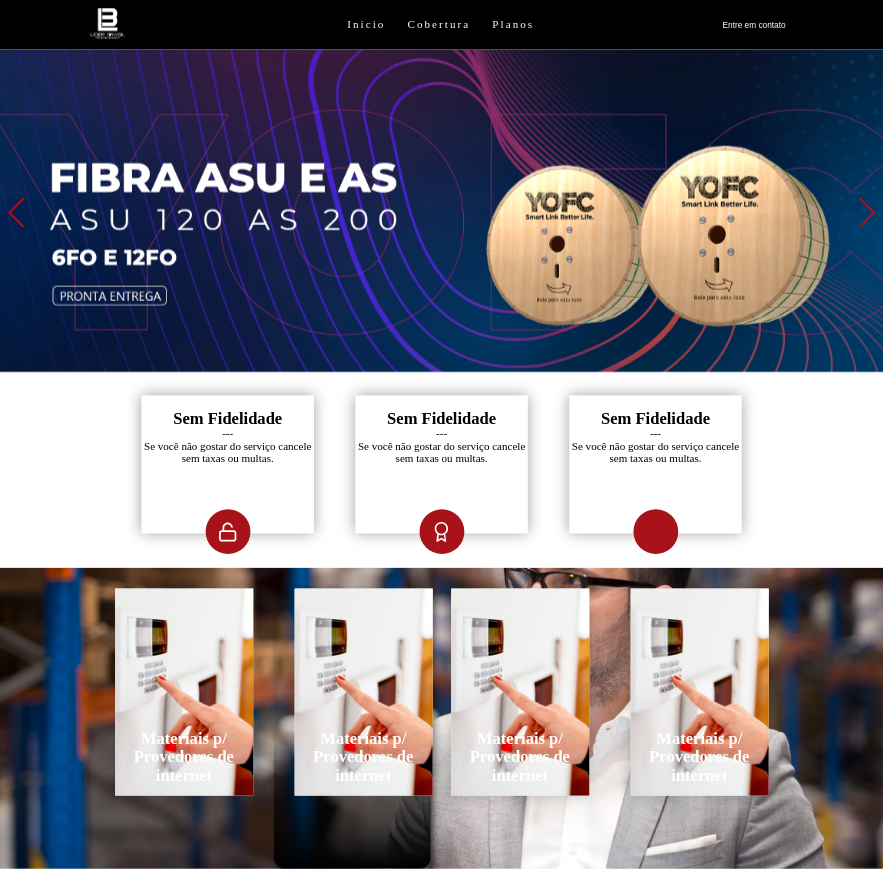
Repository: mateus-henrique-silva/Novo_institucional_lider
Page: index.html
An editor plug-in stored every save of this project. The page is shown before and after a run of saves, followed by the edit.
The browser window is 1280 px wide. The pictures show the whole page, at 69% of full size.
Backgrounds fixed to the window are drawn as part of the page. Some web fonts or font styles are not loaded; a fallback is used.

Above is the page before, as saved 2022-09-06 10:18:50.
Console error: SyntaxError: Identifier 'MobileNavbar' has already been declared

### index.html
<!DOCTYPE html>
<html lang="en">
  <head>
    <meta charset="UTF-8" />
    <meta http-equiv="X-UA-Compatible" content="IE=edge" />
    <meta name="viewport" content="width=device-width, initial-scale=1.0" />
    <meta
      name="viewport"
      content="width=device-width, user-scalable=yes, initial-scale=1.0, maximum-scale=10, minimum-scale=1.0"
    />
    <link rel="stylesheet" href="./src/CSS/Global.css" />
    <link rel="stylesheet" href="./src/CSS/Header/style.css" />
    <link rel="stylesheet" href="./src/CSS/Main/style.css" />
    <link rel="stylesheet" href="./src/CSS/Main/Carousel/styles.css" />
    <link rel="stylesheet" href="./src/CSS/Main/Box/style.css" />
    <link rel="stylesheet" href="./src/CSS/Main/Products/style.css" />
    <link
      rel="stylesheet"
      href="https://unpkg.com/swiper@8/swiper-bundle.min.css"
    />

    <title>Líder Brasil</title>
  </head>
  <body>
    <header>
      <nav>
        <a class="logo"
          ><img src="./src/Assets/Logo/lb.png" width="50" alt=""
        /></a>
        <div class="mobile-menu">
          <div class="line1"></div>
          <div class="line2"></div>
          <div class="line3"></div>
        </div>
        <ul class="nav-list">
          <li><a href="#network index.html">Inicio</a></li>
          <li><a href="#map-container">Cobertura</a></li>
          <li><a href="#container">Planos</a></li>
        </ul>
        <ul>
          <li style="list-style: none; font-size: 10px">
            <a
              href="#"
              style="
                font-size: 12px;
                padding: 10px;
                font-family: arial;
                color: white;
              "
              onclick="openForm()"
              class="contact-header"
              >Entre em contato</a
            >
          </li>
        </ul>
      </nav>
    </header>
    <main>
      <section>
        <div class="swiper">
          <div class="swiper-wrapper">
            <div class="swiper-slide">
              <div class="project-img">
                <img
                  src="./src/Assets/img/carrossel/desktop/drop-desktop.png"
                  alt="Foto 01"
                />
              </div>
              <div class="project-img" id="mobile-img">
                <img
                  src="./src/Assets/img/carrossel/mobile/drop-mobile.png"
                  alt="Foto 03"
                />
              </div>
            </div>
            <div class="swiper-slide">
              <div class="project-img">
                <img
                  src="./src/Assets/img/carrossel/desktop/escada-desktop.png"
                  alt="Foto 01"
                />
              </div>
              <div class="project-img" id="mobile-img">
                <img
                  src="./src/Assets/img/carrossel/mobile/escada-mobile.png"
                  alt="Foto 03"
                />
              </div>
            </div>
            <div class="swiper-slide">
              <div class="project-img">
                <img src="./src/Assets/img/teste6.png" alt="Foto 01" />
              </div>
              <div class="project-img" id="mobile-img">
                <img src="./src/Assets/img/foto_03.png" alt="Foto 03" />
              </div>
            </div>
          </div>
          <div class="swiper-button-next"></div>
          <div class="swiper-button-prev"></div>
          <div class="swiper-pagination"></div>
        </div>
      </section>
      <section>
        <div class="section-box">
          <!-- card 1 -->

          <ul>
            <li class="box">
              <div class="box-inter">
                <h1>Sem Fidelidade</h1>
                <p>---</p>

                <p>
                  Se você não gostar do serviço cancele sem taxas ou multas.
                </p>
              </div>

              <div class="obj">
                <img
                  src="./src/Assets/img/icons/unlock.svg"
                  alt="arrowup"
                  srcset=""
                />
              </div>
            </li>
            <!-- card 2 -->
            <li class="box">
              <div class="box-inter">
                <h1>Sem Fidelidade</h1>
                <p>---</p>

                <p>
                  Se você não gostar do serviço cancele sem taxas ou multas.
                </p>
              </div>

              <div class="obj">
                <img
                  src="./src/Assets/img/icons/award.svg"
                  alt="arrowup"
                  srcset=""
                />
              </div>
            </li>
            <!-- card 3 -->
            <li class="box">
              <div class="box-inter">
                <h1>Sem Fidelidade</h1>
                <p>---</p>

                <p>
                  Se você não gostar do serviço cancele sem taxas ou multas.
                </p>
              </div>

              <div class="obj">
                <img
                  src="./src/Assets/img/icons/chevrons-up.svg"
                  alt="arrowup"
                  srcset=""
                />
              </div>
            </li>
          </ul>
        </div>
      </section>

      <section>
        <div class="background">
          <img
            class="img"
            src="./src/Assets/img/icons/aBlack.svg"
            alt=""
            srcset=""
          />

          <ul>
            <li>
              <div class="products">
                <button>text</button>
                <div>
                  <h2>Materiais p/ Provedores de internet</h2>
                </div>

              </div>
            </li>

            <li>
              <div class="back-radient">
              <div class="products">
                <button>text</button>
                <div>
                  <h2>Materiais p/ Provedores de internet</h2>
                </div>

              </div>
            </div>
            </li>

            <li>
              <div class="products">
                <button>text</button>
                <div>
                  <h2>Materiais p/ Provedores de internet</h2>
                </div>

              </div>
            </li>
            <li>
              <div class="products">
                <button>text</button>
                <div>
                  <h2>Materiais p/ Provedores de internet</h2>
                </div>

              </div>
            </li>
          </ul>
        </div>
      </section>
    </main>
    <footer></footer>
    <script src="https://unpkg.com/swiper@8/swiper-bundle.min.js"></script>
    <script src="./src/Scripts/Carousel/scripts.js"></script>
    <script src="./src/Scripts/Mobile/scripts.js"></script>
    <script src="./src/Scripts/Global.js"></script>
  </body>
</html>

### src/CSS/Global.css
@import url("https://fonts.googleapis.com/css2?family=Montserrat:ital,wght@0,100;0,200;0,300;0,400;0,500;0,600;0,700;0,800;0,900;1,100;1,200;1,300;1,400;1,500;1,600;1,700;1,800;1,900&family=Source+Serif+Pro:ital,wght@0,200;0,300;0,400;0,600;0,700;0,900;1,200;1,300;1,400;1,600;1,700;1,900&display=swap");

* {
  font-family: 'Source Serif Pro', serif;
  margin: 0;
  padding: 0;
  border: 0;

}


body{

}

### src/CSS/Header/style.css
header {
  width: 100%;
  background-color: black;
  margin-top: 0;
}
a {
  color: black;
  text-decoration: none;
  transition: 0.3s;
}

a:hover {
  opacity: 0.7;
}

.logo {
  align-items: center;
  width: 6%;

  text-transform: uppercase;
  letter-spacing: 4px;
}

.logo h1 {
  font-size: 12px;
}

nav {
  display: flex;
  z-index: 1;

  width: 100%;
  margin-top: 0;

  justify-content: space-around;
  align-items: center;
  background-color: black;
  height: 10vh;
}

.nav-list {
  text-align: center;
  justify-content: center;
  list-style: none;
  display: flex;
  z-index: 1;
}

.nav-list li {
  letter-spacing: 3px;
  margin-left: 32px;
}
.nav-list li a {
  color: white;
}
.nav-list li a:hover {
  color: #ff073b;
}

.mobile-menu {
  display: none;
  margin-left: 80px;
  cursor: pointer;
}

.mobile-menu div {
  transition: 0.3s;

  width: 32px;
  height: 2px;
  background: white;
  margin: 8px;
}

@media (max-width: 950px) {
  body {
    overflow-x: hidden;
  }

  .nav-list {
    position: absolute;
    top: 7vh;
    right: 0;
    width: 100vw;
    height: 100vh;
    background-color: white;
    flex-direction: column;
    color: white;
    /* align-items: center; */
    display: none;
    justify-content:flex-start;
    transition: 0.4s ease-in;
    /* justify-content: space-around; */
    transform: translateX(100%);
  }

  .nav-list li {
    margin-top:100px;
    margin-left: 0;
    opacity: 0;
  }

  .mobile-menu {
    display: block;
  }
  .contact-header {
    display: none;
  }

  .logo {
    margin-left:10px;
    width: 60%;
  }
}

.nav-list.active {
  transition: 0.3s;
  overflow-y: hidden;
  position: fixed;
  z-index: 10000;
  background-color: black;
  transform: translateX(0);
  display: flex;
}

.nav-list.active li {
  color: white!important;
  font-weight:bold;
}

.nav-list.active li {
  color: white;
}

@keyframes navLinkFade {
  from {
    opacity: 0;
    transform: translateX(50px);
  }

  to {
    opacity: 1;
    transform: translateX(0);
  }
}

.mobile-menu.active .line1 {
  transform: rotate(-45deg) translate(-8px, 8px);
}

.mobile-menu.active .line2 {
  opacity: 0;
}

.mobile-menu.active .line3 {
  transform: rotate(45deg) translate(-5px, -7px);
}

### src/CSS/Main/style.css
main{
    width: 100%;
    height: 100%;

    max-width: 100vw;
}


section{

    width: 100%;
    max-width: 100vw;
    height: 100%;
}


ul li {
    list-style: none;
}

### src/CSS/Main/Carousel/styles.css
.swiper {
    height: 100%!important;

  }

  .swiper-slide {
    text-align: center;
    display: flex;
    height: 100%!important;
    align-items: center;
    justify-content: center;
  }

  @media (max-width: 450px) {
    .swiper {
      height: 270px;
    }

    .project-img img{
      width: 100%;
      height: 100%!important;
    }
  }

  .project-img img{
    width: 100%;
    /* height: 80vh; */
  }



  .swiper-pagination-bullet{
    color: white !important;
    /* margin-top:-10px!important; */
    background-color:white !important;
  }

  /*
    largura => 3840
    Altura => 420

  */


  .swiper-button-next:after, .swiper-button-prev:after{
    color:#a71319 !important;
  }

  #mobile-img{
    display: none;
  }


  @media(max-width:999px){
    #mobile-img{
      display: block!important;
    }


    .project-img{
      display:none;
    }
  }


.menu{
  display:flex;
  flex-direction:column;
}

### src/CSS/Main/Box/style.css
.section-box {
  width: 100%;

  justify-content: center;
  align-items: center;
  display: flex;
}

.box {
  display: flex;
  flex-direction: column;
  /* justify-content: center; */

  justify-content: flex-end;
  align-items: center;
  height: 100%;
  margin: 30px;
  margin-bottom: 20px;
  /* width: 100%; */
  /* background-color: red; */
}

@media (max-width: 770px) {
  .section-box {
    width: 100%;
    justify-content: space-around;
    flex-direction: column;
    display: flex;
  }

  .box-inter {
    background-color: white;
    height: 100px;
    width: 200px;
    /* width: 100%; */
  }
}

@media (max-width: 480px) {
  .box-inter {
    height: 170px !important;
    width: 170px !important;
    /* width: 100%; */
  }

  .obj {
    height: 45px !important;

    margin-top: -35px;
    width: 45px !important;
  }

  .obj img {
    width: 20px !important;
  }
}

.box-inter {
  background-color: white;
  height: 200px;
  width: 250px;
  -webkit-box-shadow: 0px 0px 20px 0px rgba(0, 0, 0, 0.37);
  box-shadow: 0px 0px 20px 0px rgba(0, 0, 0, 0.37);
  display: flex;

  flex-direction: column;
  align-items: center;
  text-align: center;

  /* width: 100%; */
}

.box-inter h1 {
  margin-top: 20px;
  font-size: clamp(1em, 1em + 1vw, 1.5em);
}

.box p {
  font-size: clamp(1em, 1em + 0.5vw, 0.5em);
}
.obj {
  background-color: #a71319;
  height: 65px;

  border-radius: 50%;
  display: flex;
  align-items: center;
  justify-content: center;
  margin-top: -35px;
  width: 65px;
}

.obj img {
  width: 30px;
}

.section-box ul {
  display: flex;
  overflow-x: auto;
  width: 100%;
  justify-content: center;
  scroll-behavior: smooth;
}

.section-box .img-arrow {
  display: none;
}

@media (max-width: 600px) {
  .section-box .img-arrow {
    display: flex;
    justify-content: flex-end;

    animation: mymove 0.8s infinite;
  }
  .section-box ul {
    display: flex;
    overflow-x: auto;
    width: 100%;
    justify-content: flex-start;
    scroll-behavior: smooth;
  }
  @keyframes mymove {
    from {
      left: 280px;
    }
    to {
      left: 300px;
    }
  }
}

### src/CSS/Main/Products/style.css
.background {
  width: 100%;
  background: url("../../../Assets/img/Background/medio.jpg") no-repeat center
    fixed;
  height: 100%;
  display: flex;
  justify-content: space-around;
  justify-content: center;
  align-items: center;
}
.background ul {
  display: flex;
  overflow-x: auto;
  overflow-y: hidden;
  scroll-behavior: smooth;
  /* width: 100px; */
}
.background img {
  display: none;
}

.background ul li .products .img {
  display: flex;
}

.products {
  margin: 30px;
  background: url("../../../Assets/img/Background/products/alarme.png")
    no-repeat center;

  background-size: 100%;
  justify-content: flex-end;
  height: 300px;
  width: 200px;
  -webkit-box-shadow: 0px 0px 20px 0px rgba(0, 0, 0, 0.2) !important;
  box-shadow: 0px 0px 20px 0px rgba(0, 0, 0, 0.2) !important;
  background-color: white;
  display: flex;
  text-align: center;
  flex-direction: column;
  align-items: center;
  box-sizing: border-box;
  transition: 0.5s;
}

.products div h2 {
  margin-bottom: 15px;
   color:white;
  transition:2s;
}
.products:hover {
  justify-content: center;
  transition:2s;
}
.products:hover div h2 {

  display: none;
}
@media (max-width: 600px) {
  .background .img {
    position: absolute;
    margin-top: 170px;
    display: flex;
    justify-content: flex-end;
    animation: mymove 0.8s infinite;
  }

  @keyframes mymove {
    from {
      left: 280px;
    }
    to {
      left: 300px;
    }
  }
}

.products button {
  background-color: black;
  display: none;
  color: white;
  cursor: pointer;
  transition: 0.7s;
  padding: 8px 25px 8px;
}

.products:hover button {
  background-color: black;
  display: flex;

  color: white;
  cursor: pointer;
  padding: 8px 25px 8px;
}
.back-radient{
  width: 227px;
height: 406px;



background: linear-gradient(180deg, rgba(0, 0, 0, 0.0962963) 50%, #000000 100%);
box-shadow: 5px 6px 11px rgba(0, 0, 0, 0.45);
border-radius: 15px;
}

### src/Scripts/Mobile/scripts.js
class MobileNavbar{


    constructor(mobileMenu, navList, navLinks){
        this.mobileMenu = document.querySelector(mobileMenu);
        this.navList = document.querySelector(navList);
        this.navLinks = document.querySelectorAll(navLinks);
        this.activeClass = "active";
        this.hadleClick =  this.hadleClick.bind(this);


    }

    animateLinks(){
        this.navLinks.forEach((link, index)=>{

            var calc = index/7+0.3;


            link.style.animation
            ?(link.style.animation="")
            :(link.style.animation= `navLinkFade 0.5s ease forwards ${calc}s`);


        });


    }


    hadleClick(){


        this.navList.classList.toggle(this.activeClass);
        this.mobileMenu.classList.toggle(this.activeClass);
        this.animateLinks();
    }

    addClickEvent(){
        this.mobileMenu.addEventListener("click", this.hadleClick);


    }

    init(){

        if(this.mobileMenu){

            this.addClickEvent();
        }
        return this;
    }
    }



    const mobileNavbar = new MobileNavbar(

        ".mobile-menu",

        ".nav-list",

        ".nav-list li",


        );


    mobileNavbar.init();

### src/Scripts/Global.js
document.onmousedown=disableclick;
function disableclick(event)
{
  if(event.button==2)
   {
     return false;
   }
}

### src/Assets/img/icons/award.svg
<?xml version="1.0" encoding="utf-8"?>
<!-- Generator: Adobe Illustrator 24.0.1, SVG Export Plug-In . SVG Version: 6.00 Build 0)  -->
<svg version="1.1" id="Camada_1" xmlns="http://www.w3.org/2000/svg" xmlns:xlink="http://www.w3.org/1999/xlink" x="0px" y="0px"
	 viewBox="0 0 24 24" style="enable-background:new 0 0 24 24;" xml:space="preserve">
<style type="text/css">
	.st0{fill:#FFFFFF;}
</style>
<path class="st0" d="M19.5,8.1c0-4.3-3.5-7.7-7.7-7.7S4,3.9,4,8.1c0,2.5,1.2,4.7,3,6.1l-1.1,8.3c0,0.4,0.1,0.7,0.4,0.9
	c0.3,0.2,0.7,0.2,1,0l4.3-2.6l4.3,2.6c0.2,0.1,0.3,0.1,0.5,0.1c0.2,0,0.4-0.1,0.5-0.2c0.3-0.2,0.5-0.6,0.4-0.9l-1.1-8.3
	C18.3,12.8,19.5,10.6,19.5,8.1z M5.9,8.1c0-3.2,2.6-5.8,5.8-5.8s5.8,2.6,5.8,5.8s-2.6,5.8-5.8,5.8S5.9,11.3,5.9,8.1z M15.4,20.8
	l-3.1-1.9c-0.3-0.2-0.7-0.2-1,0l-3.1,1.9l0.7-5.5c0.9,0.4,1.9,0.6,2.9,0.6c1,0,2-0.2,2.9-0.6L15.4,20.8z"/>
</svg>

### src/Assets/img/icons/chevrons-up.svg
<svg xmlns="http://www.w3.org/2000/svg" width="24" height="24" viewBox="0 0 24 24" fill="none" stroke="" stroke-width="2" stroke-linecap="round" stroke-linejoin="round" class="feather feather-chevrons-up"><polyline points="17 11 12 6 7 11"></polyline><polyline points="17 18 12 13 7 18" color="white"></polyline></svg>

After the next 2 saves:
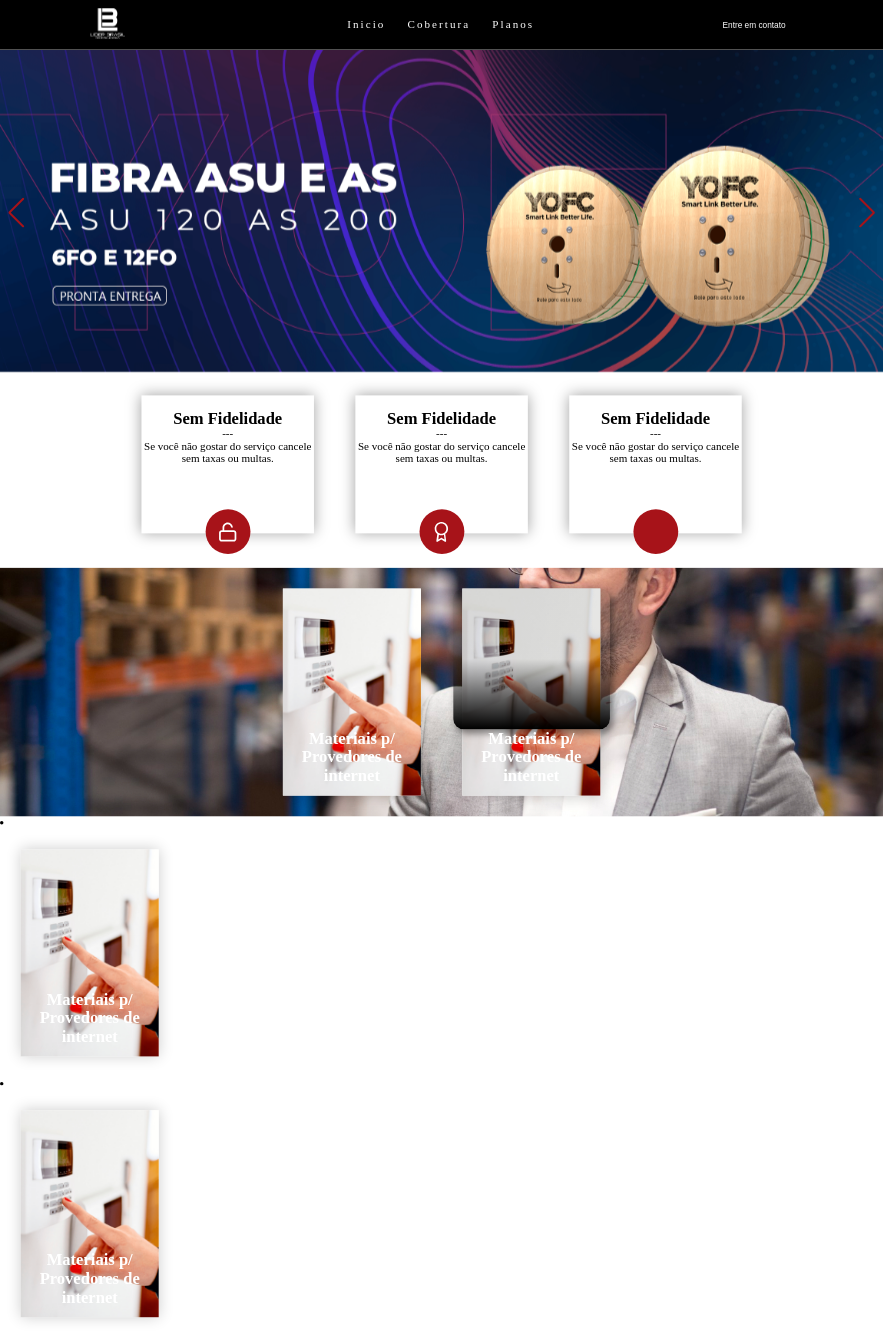
The 2 saves are shown as one change because they came seconds apart.
The last was saved 31 s later.
--- a/index.html
+++ b/index.html
@@ -187,8 +187,9 @@
             </li>
 
             <li>
-              <div class="back-radient">
-              <div class="products">
+
+              <div class="products">
+                <div class="back-radient"></div>
                 <button>text</button>
                 <div>
                   <h2>Materiais p/ Provedores de internet</h2>
